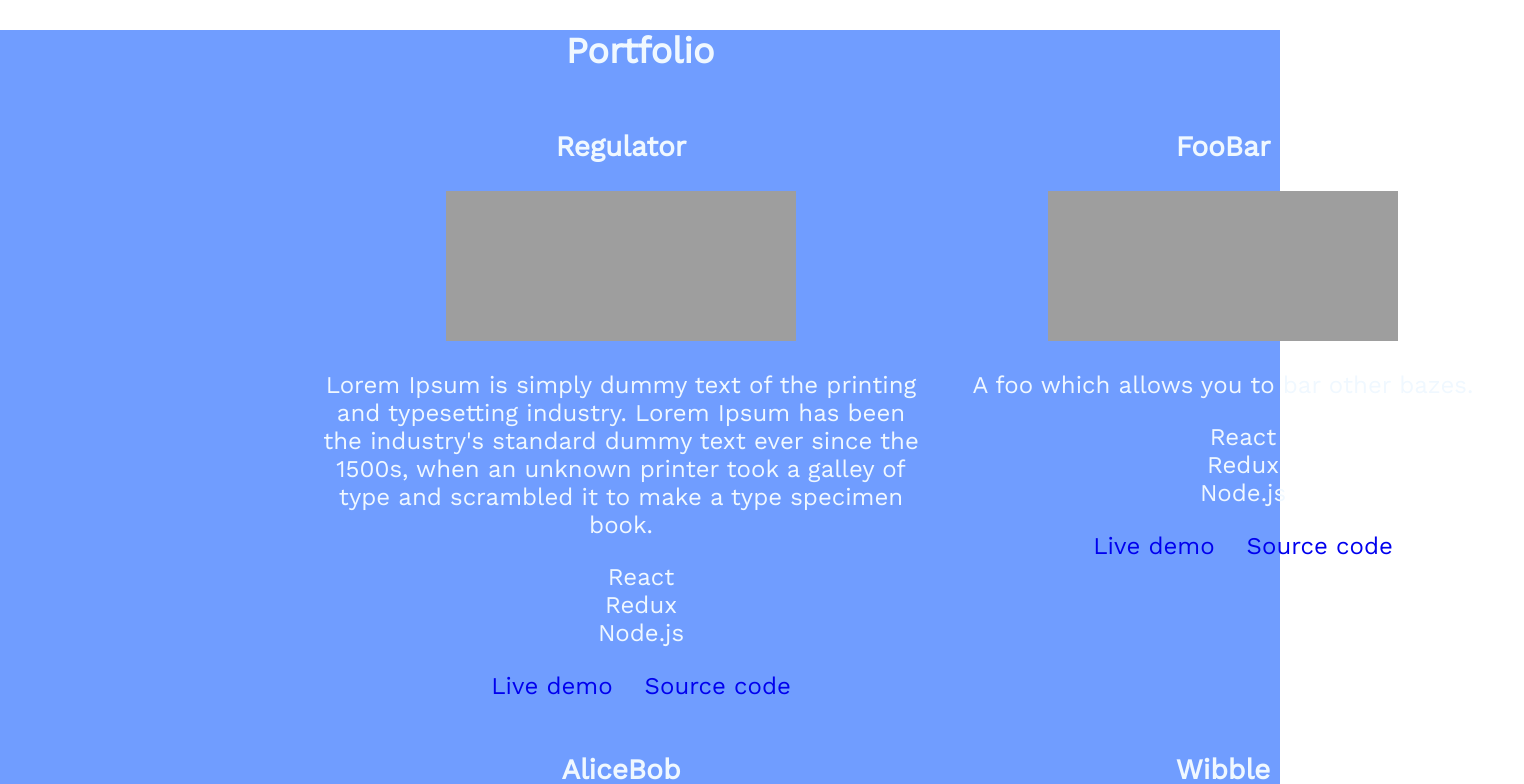
Repository: BAAMOSK/my-portfolio
Page: index.html
The author's editor kept a copy of each file at every save. The page is drawn from the files as they stood at one save, then again after the next save.
The browser window is 1280 px wide. The page is 1524 px wide, then 1280 px, so the pictures cover 1524 px, including what lies to the right of the window. The pictures show the part of the page from y = 0 to 784 px (the page is 1236 px tall before and 720 px after).
Pictures or frames that could not be fetched are drawn as grey boxes. Some web libraries are served in a nearby version.

Above is the page before, as saved 2017-06-06 23:37:40.

After the next save:
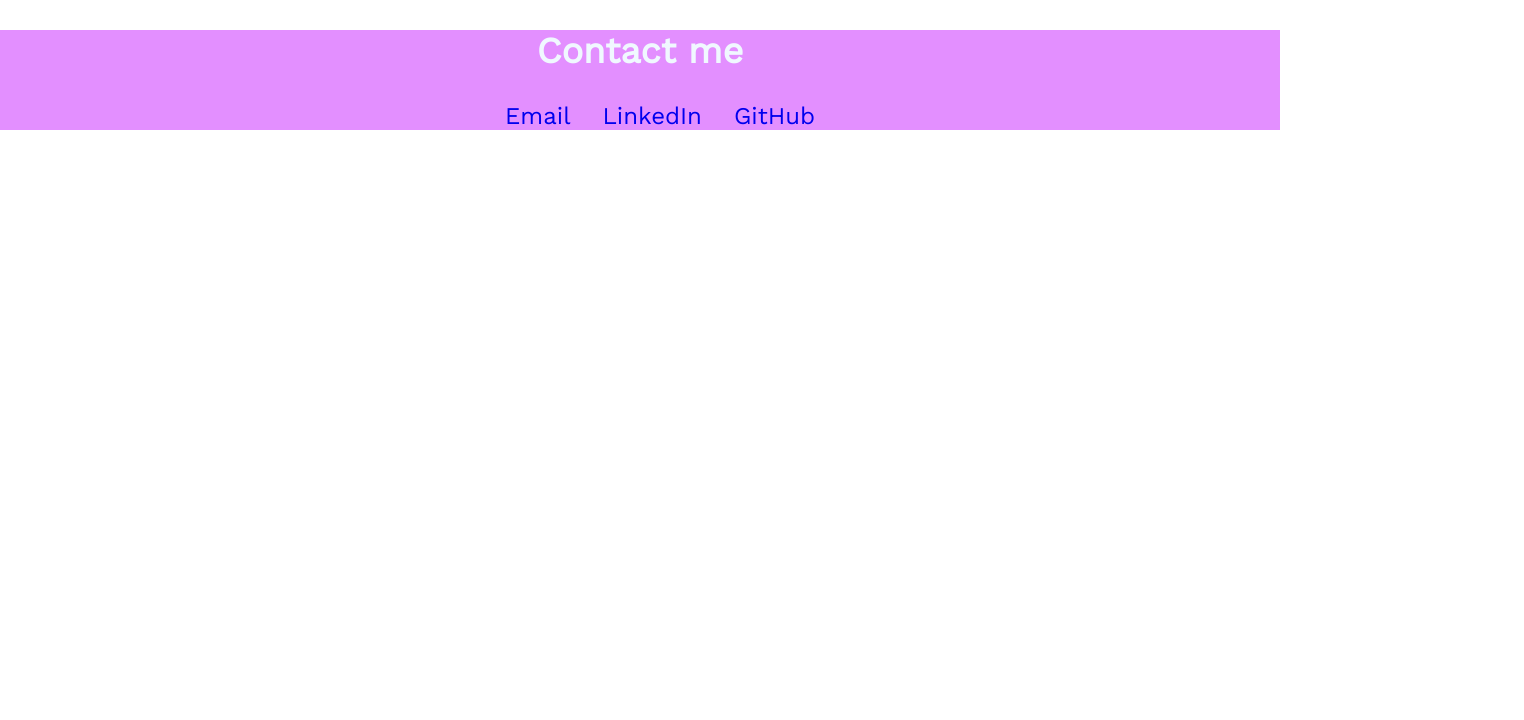
Saved 29 s later.
--- a/app.js
+++ b/app.js
@@ -2,7 +2,7 @@
 
 $(document).ready(function() {
   console.log(greeting);
-  $('#root').html(state.templates[1]);
+  $('#root').html(state.templates[2]);
 });
 
 
